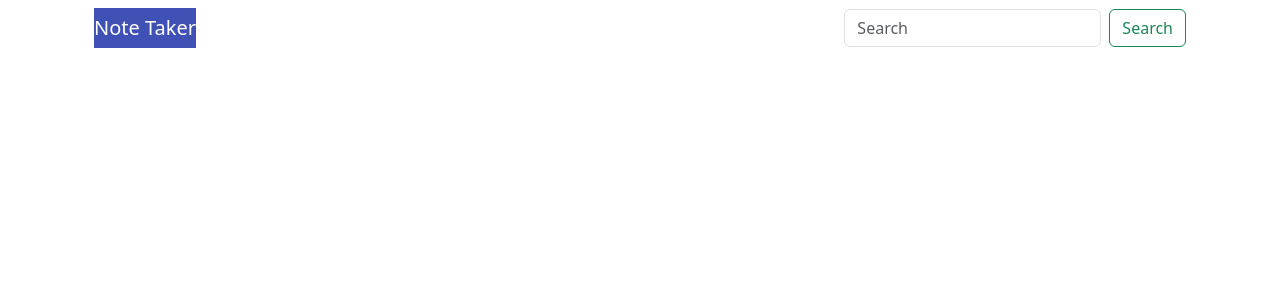
Repository: ArbabAdnan/hibernate
Page: http://localhost/NoteTaker/
An editor plug-in stored every save of this project. The page is shown before and after the next save, followed by the edit.
The browser window is 1280 px wide. The pictures show the whole page.
The page is served by Tomcat 9. Other server files are loaded and not shown.

Above is the page before, as saved 2023-02-11 14:02:21.

### NoteTaker/src/main/webapp/index.jsp
<!doctype html>
<html lang="en">
  <head>
    <meta charset="utf-8">
    <meta name="viewport" content="width=device-width, initial-scale=1">
    <title>NoteTaker</title>
    <link href="https://cdn.jsdelivr.net/npm/bootstrap@5.3.0-alpha1/dist/css/bootstrap.min.css" rel="stylesheet" integrity="sha384-GLhlTQ8iRABdZLl6O3oVMWSktQOp6b7In1Zl3/Jr59b6EGGoI1aFkw7cmDA6j6gD" crossorigin="anonymous">
    <link href ="css/style.css" rel="stylesheet" />
  </head>
  <body>

    <div class="container">
    	<%@include file="navbar.jsp" %>
    </div>


    <script src="https://cdn.jsdelivr.net/npm/bootstrap@5.3.0-alpha1/dist/js/bootstrap.bundle.min.js" integrity="sha384-w76AqPfDkMBDXo30jS1Sgez6pr3x5MlQ1ZAGC+nuZB+EYdgRZgiwxhTBTkF7CXvN" crossorigin="anonymous"></script>
  </body>
</html>

### NoteTaker/src/main/webapp/navbar.jsp
<nav class="navbar navbar-expand-lg navbar-dark a">
  <div class="container-fluid">
    <a class="navbar-brand" href="#">Note Taker</a>
    <button class="navbar-toggler" type="button" data-bs-toggle="collapse" data-bs-target="#navbarSupportedContent" aria-controls="navbarSupportedContent" aria-expanded="false" aria-label="Toggle navigation">
      <span class="navbar-toggler-icon"></span>
    </button>
    <div class="collapse navbar-collapse" id="navbarSupportedContent">
      <ul class="navbar-nav me-auto mb-2 mb-lg-0">
        <li class="nav-item">
          <a class="nav-link active" aria-current="page" href="#">Home</a>
        </li>
        <li class="nav-item">
          <a class="nav-link" href="#">Added Note</a>
        </li>

        <li class="nav-item">
          <a class="nav-link ">Show Notes</a>
        </li>
      </ul>
      <form class="d-flex" role="search">
        <input class="form-control me-2" type="search" placeholder="Search" aria-label="Search">
        <button class="btn btn-outline-success" type="submit">Search</button>
      </form>
    </div>
  </div>
</nav>

### NoteTaker/src/main/webapp/css/style.css
a{
	background: #3f51b5;
}

After the next save:
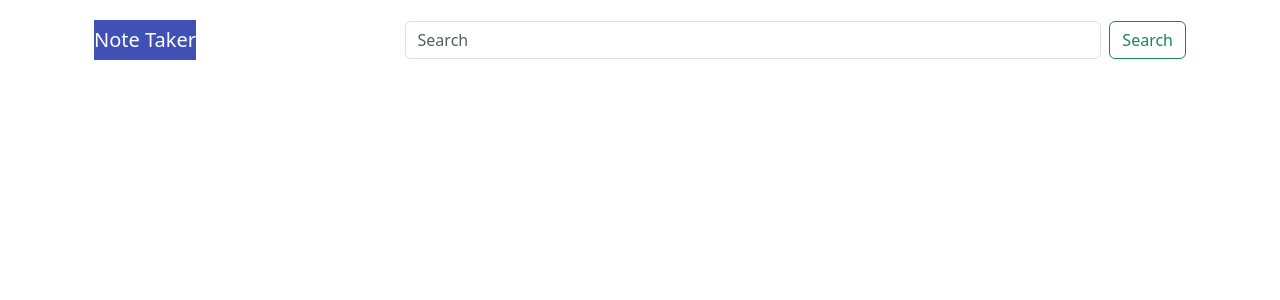
Saved 119 s later.
--- a/NoteTaker/src/main/webapp/navbar.jsp
+++ b/NoteTaker/src/main/webapp/navbar.jsp
@@ -17,10 +17,10 @@
           <a class="nav-link ">Show Notes</a>
         </li>
       </ul>
-      <form class="d-flex" role="search">
+
         <input class="form-control me-2" type="search" placeholder="Search" aria-label="Search">
         <button class="btn btn-outline-success" type="submit">Search</button>
-      </form>
+
     </div>
   </div>
 </nav>

After the save that followed:
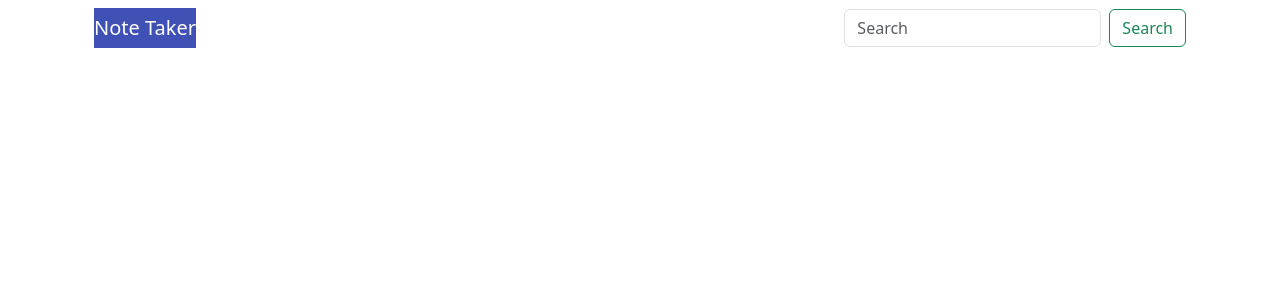
Saved 13 s later.
--- a/NoteTaker/src/main/webapp/navbar.jsp
+++ b/NoteTaker/src/main/webapp/navbar.jsp
@@ -17,10 +17,10 @@
           <a class="nav-link ">Show Notes</a>
         </li>
       </ul>
-
+      <form class="d-flex" role="search">
         <input class="form-control me-2" type="search" placeholder="Search" aria-label="Search">
         <button class="btn btn-outline-success" type="submit">Search</button>
-
+      </form>
     </div>
   </div>
 </nav>
